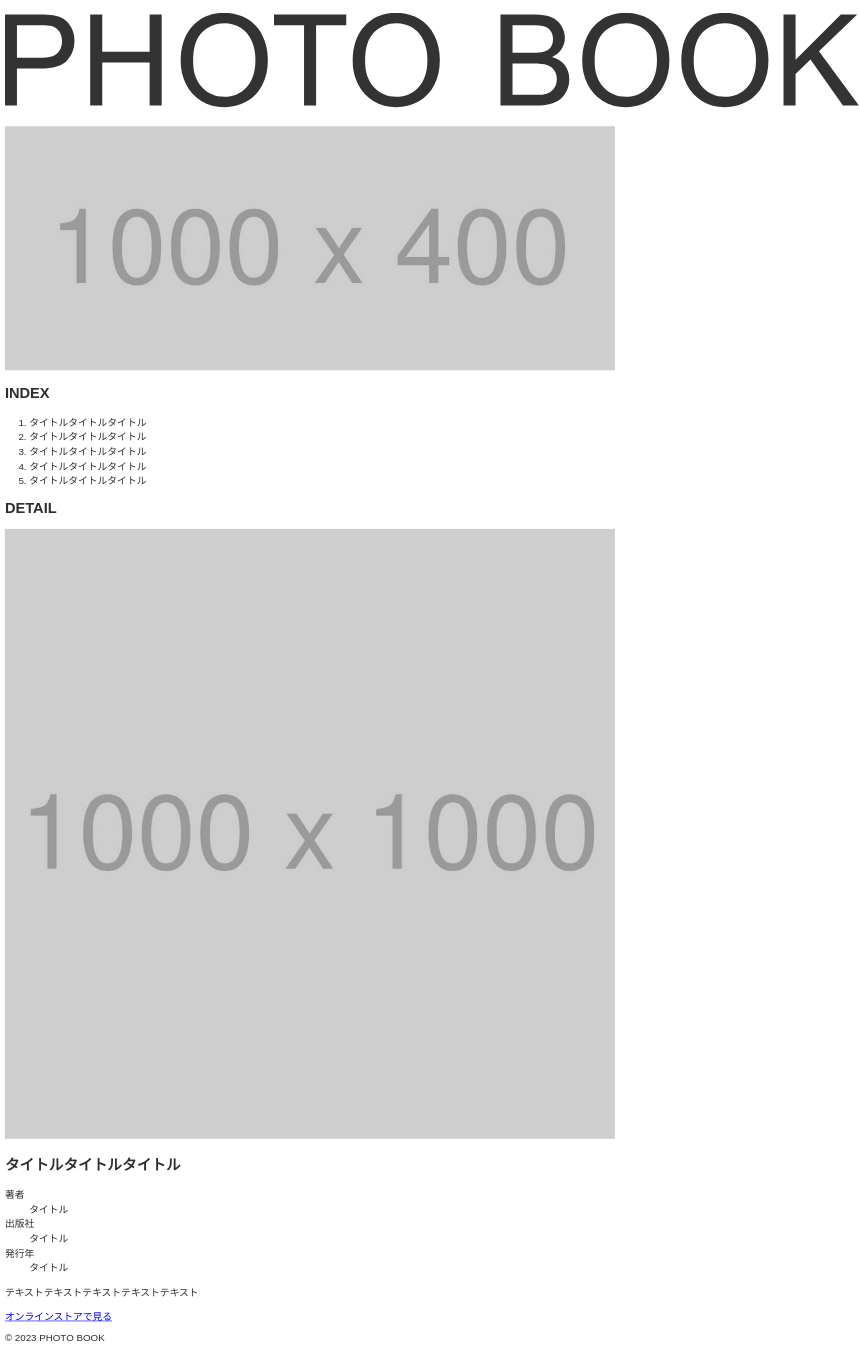
Repository: Fuki-san/photo-book-1
Page: http://localhost/photo
An editor plug-in stored every save of this project. The page is shown before and after the next save, followed by the edit.
The browser window is 1280 px wide. The page is 1408 px wide, then 1280 px, so the pictures cover 1408 px, including what lies to the right of the window. The pictures show the whole page, at 61% of full size.
The page is served by the project's Laravel application, run on PHP 8.4 with Laravel 10. Other server files are loaded and not shown.

Above is the page before, as saved 2023-11-26 15:45:51.

### routes/web.php
<?php

use Illuminate\Support\Facades\Route;

/*
|--------------------------------------------------------------------------
| Web Routes
|--------------------------------------------------------------------------
|
| Here is where you can register web routes for your application. These
| routes are loaded by the RouteServiceProvider and all of them will
| be assigned to the "web" middleware group. Make something great!
|
*/

Route::get('/', function () {
    return view('welcome');
});

Route::get('photo', function () {
    return view('photo');
});

### resources/views/photo.blade.php
@extends('layouts.main')

@section('title', 'photo')

@section('content')
    <header id="header" class="wrapper">
        <h1 class="site-title"><a href="#"><img src="img/logo.svg"></a></h1>
    </header>

    <main class="wrapper">
        <div id="mainvisual">
            <img src="img/mainvisual.jpg">
        </div>
        <section id="index">
            <h2 class="sec-title">INDEX</h2>
            <ol>
                <li>タイトルタイトルタイトル</li>
                <li>タイトルタイトルタイトル</li>
                <li>タイトルタイトルタイトル</li>
                <li>タイトルタイトルタイトル</li>
                <li>タイトルタイトルタイトル</li>
            </ol>
        </section>
        <section id="detail">
            <h2 class="sec-title">DETAIL</h2>
            <div class="detail-img">
                <img src="img/detail.jpg">
            </div>
            <div class="detail-text">
                <h2 class="sec-title">タイトルタイトルタイトル</h2>
                <dl>
                    <dt>著者</dt><dd>タイトル</dd>
                    <dt>出版社</dt><dd>タイトル</dd>
                    <dt>発行年</dt><dd>タイトル</dd>
                </dl>
                <p>テキストテキストテキストテキストテキスト</p>
                <a href="#">オンラインストアで見る</a>
            </div>
        </section>
    </main>

    <footer id="footer" class="wrapper">
        <p class="copyright">&copy; 2023 PHOTO BOOK</p>
    </footer>
@endsection

### resources/views/layouts/main.blade.php
<!DOCTYPE html>
<html lang="ja">
<head>
    <meta charset="UTF-8">
    <meta name="viewport" content="width=device-width, initial-scale=1.0">
    <meta http-equiv="X-UA-Compatible" content="ie=edge">
    <link rel="stylesheet" href="{{ asset('css/reset.css') }}">
    <link rel="stylesheet" href="{{ asset('css/style.css') }}">
    <link rel="icon" href="img/favicon.ico">
    <title>@yield('title')</title>
</head>
<body>
    @yield('content')
</body>
</html>

### public/css/style.css
html{
    font-size: 100%;
}
body{
    color: #2d2d2d;
    font-family: Arial, Helvetica, sans-serif;
}





#header .site-title{
    width: 160px;

}

### public/img/logo.svg
<?xml version="1.0" encoding="utf-8"?>
<!-- Generator: Adobe Illustrator 15.1.0, SVG Export Plug-In . SVG Version: 6.00 Build 0)  -->
<!DOCTYPE svg PUBLIC "-//W3C//DTD SVG 1.1//EN" "http://www.w3.org/Graphics/SVG/1.1/DTD/svg11.dtd">
<svg version="1.1" id="レイヤー_1" xmlns="http://www.w3.org/2000/svg" xmlns:xlink="http://www.w3.org/1999/xlink" x="0px"
	 y="0px" width="1400px" height="156px" viewBox="0 0 1400 156" enable-background="new 0 0 1400 156" xml:space="preserve">
<g>
	<path fill="#333333" d="M0,152.092V2.65h56.373c9.92,0,17.498,0.477,22.731,1.428c7.34,1.223,13.49,3.552,18.451,6.982
		c4.96,3.433,8.953,8.241,11.978,14.425c3.022,6.185,4.536,12.98,4.536,20.387c0,12.709-4.043,23.463-12.129,32.264
		c-8.09,8.802-22.699,13.202-43.834,13.202h-38.33v60.754H0z M19.775,73.702h38.636c12.775,0,21.847-2.379,27.217-7.136
		c5.369-4.757,8.053-11.451,8.053-20.082c0-6.252-1.581-11.604-4.741-16.056c-3.16-4.45-7.324-7.391-12.487-8.817
		c-3.33-0.883-9.481-1.325-18.452-1.325H19.775V73.702z"/>
	<path fill="#333333" d="M139.859,152.092V2.65h19.776v61.367h77.677V2.65h19.775v149.441h-19.775V81.652h-77.677v70.439H139.859z"
		/>
	<path fill="#333333" d="M288.174,79.309c0-24.805,6.66-44.224,19.98-58.258C321.473,7.019,338.667,0,359.735,0
		c13.795,0,26.232,3.298,37.309,9.889c11.076,6.593,19.521,15.784,25.332,27.574c5.811,11.791,8.716,25.163,8.716,40.112
		c0,15.155-3.059,28.713-9.175,40.674c-6.116,11.961-14.781,21.016-25.993,27.166c-11.214,6.15-23.311,9.226-36.291,9.226
		c-14.067,0-26.641-3.398-37.717-10.194c-11.079-6.794-19.471-16.071-25.179-27.829C291.029,104.86,288.174,92.425,288.174,79.309z
		 M308.562,79.614c0,18.01,4.843,32.197,14.527,42.559c9.684,10.364,21.831,15.546,36.442,15.546
		c14.884,0,27.131-5.231,36.75-15.699c9.615-10.464,14.423-25.313,14.423-44.546c0-12.165-2.057-22.784-6.167-31.856
		c-4.112-9.071-10.126-16.106-18.043-21.101c-7.917-4.995-16.804-7.493-26.656-7.493c-14,0-26.046,4.81-36.137,14.425
		C313.608,41.065,308.562,57.121,308.562,79.614z"/>
	<path fill="#333333" d="M490.425,152.092V20.286h-49.237V2.65h118.451v17.636h-49.439v131.806H490.425z"/>
	<path fill="#333333" d="M570.14,79.309c0-24.805,6.658-44.224,19.979-58.258C603.438,7.019,620.632,0,641.7,0
		c13.794,0,26.23,3.298,37.309,9.889c11.076,6.593,19.522,15.784,25.331,27.574c5.813,11.791,8.717,25.163,8.717,40.112
		c0,15.155-3.059,28.713-9.176,40.674c-6.114,11.961-14.779,21.016-25.992,27.166s-23.311,9.226-36.291,9.226
		c-14.068,0-26.641-3.398-37.717-10.194c-11.078-6.794-19.47-16.071-25.179-27.829C572.994,104.86,570.14,92.425,570.14,79.309z
		 M590.526,79.614c0,18.01,4.843,32.197,14.527,42.559c9.685,10.364,21.83,15.546,36.442,15.546
		c14.883,0,27.132-5.231,36.748-15.699c9.615-10.464,14.424-25.313,14.424-44.546c0-12.165-2.057-22.784-6.166-31.856
		c-4.113-9.071-10.127-16.106-18.043-21.101c-7.918-4.995-16.804-7.493-26.658-7.493c-14,0-26.044,4.81-36.136,14.425
		C595.572,41.065,590.526,57.121,590.526,79.614z"/>
	<path fill="#333333" d="M812.43,152.092V2.65h56.066c11.416,0,20.573,1.514,27.472,4.537c6.896,3.024,12.3,7.68,16.209,13.966
		c3.907,6.286,5.861,12.861,5.861,19.724c0,6.39-1.732,12.404-5.198,18.044c-3.467,5.641-8.7,10.193-15.7,13.659
		c9.039,2.65,15.987,7.172,20.848,13.558c4.857,6.389,7.289,13.933,7.289,22.631c0,7-1.479,13.506-4.435,19.521
		c-2.957,6.016-6.612,10.652-10.958,13.915c-4.352,3.261-9.806,5.726-16.363,7.391c-6.558,1.666-14.593,2.497-24.106,2.497H812.43z
		 M832.206,65.444h32.313c8.768,0,15.053-0.576,18.859-1.733c5.027-1.493,8.818-3.975,11.366-7.439
		c2.548-3.468,3.822-7.815,3.822-13.049c0-4.961-1.188-9.328-3.567-13.099c-2.38-3.773-5.776-6.354-10.192-7.748
		c-4.419-1.393-11.997-2.09-22.733-2.09h-29.868V65.444z M832.206,134.457h37.208c6.386,0,10.872-0.237,13.455-0.715
		c4.552-0.814,8.358-2.173,11.417-4.077c3.058-1.901,5.571-4.672,7.544-8.308c1.971-3.634,2.956-7.832,2.956-12.589
		c0-5.571-1.428-10.414-4.281-14.526c-2.854-4.111-6.814-6.999-11.876-8.665c-5.063-1.664-12.354-2.497-21.865-2.497h-34.558
		V134.457z"/>
	<path fill="#333333" d="M946.479,79.309c0-24.805,6.659-44.224,19.979-58.258C979.776,7.019,996.972,0,1018.039,0
		c13.794,0,26.23,3.298,37.309,9.889c11.077,6.593,19.521,15.784,25.331,27.574c5.812,11.791,8.717,25.163,8.717,40.112
		c0,15.155-3.058,28.713-9.175,40.674s-14.781,21.016-25.994,27.166s-23.311,9.226-36.29,9.226
		c-14.068,0-26.641-3.398-37.717-10.194c-11.078-6.794-19.47-16.071-25.18-27.829C949.332,104.86,946.479,92.425,946.479,79.309z
		 M966.865,79.614c0,18.01,4.842,32.197,14.526,42.559c9.685,10.364,21.83,15.546,36.442,15.546
		c14.884,0,27.133-5.231,36.749-15.699c9.615-10.464,14.424-25.313,14.424-44.546c0-12.165-2.057-22.784-6.166-31.856
		c-4.113-9.071-10.127-16.106-18.044-21.101c-7.917-4.995-16.803-7.493-26.657-7.493c-14.001,0-26.044,4.81-36.136,14.425
		C971.91,41.065,966.865,57.121,966.865,79.614z"/>
	<path fill="#333333" d="M1108.865,79.309c0-24.805,6.66-44.224,19.979-58.258C1142.163,7.019,1159.357,0,1180.426,0
		c13.794,0,26.23,3.298,37.31,9.889c11.076,6.593,19.521,15.784,25.332,27.574c5.811,11.791,8.715,25.163,8.715,40.112
		c0,15.155-3.059,28.713-9.175,40.674c-6.115,11.961-14.779,21.016-25.993,27.166s-23.312,9.226-36.29,9.226
		c-14.068,0-26.642-3.398-37.719-10.194c-11.078-6.794-19.469-16.071-25.177-27.829
		C1111.719,104.86,1108.865,92.425,1108.865,79.309z M1129.254,79.614c0,18.01,4.842,32.197,14.525,42.559
		c9.684,10.364,21.831,15.546,36.442,15.546c14.882,0,27.131-5.231,36.749-15.699c9.615-10.464,14.424-25.313,14.424-44.546
		c0-12.165-2.057-22.784-6.167-31.856c-4.113-9.071-10.127-16.106-18.043-21.101c-7.917-4.995-16.804-7.493-26.658-7.493
		c-13.999,0-26.044,4.81-36.135,14.425C1134.298,41.065,1129.254,57.121,1129.254,79.614z"/>
	<path fill="#333333" d="M1276.45,152.092V2.65h19.776V76.76l74.211-74.109h26.81l-62.691,60.552l65.444,88.89h-26.096
		l-53.213-75.638l-24.465,23.854v51.784H1276.45z"/>
</g>
</svg>

After the next save:
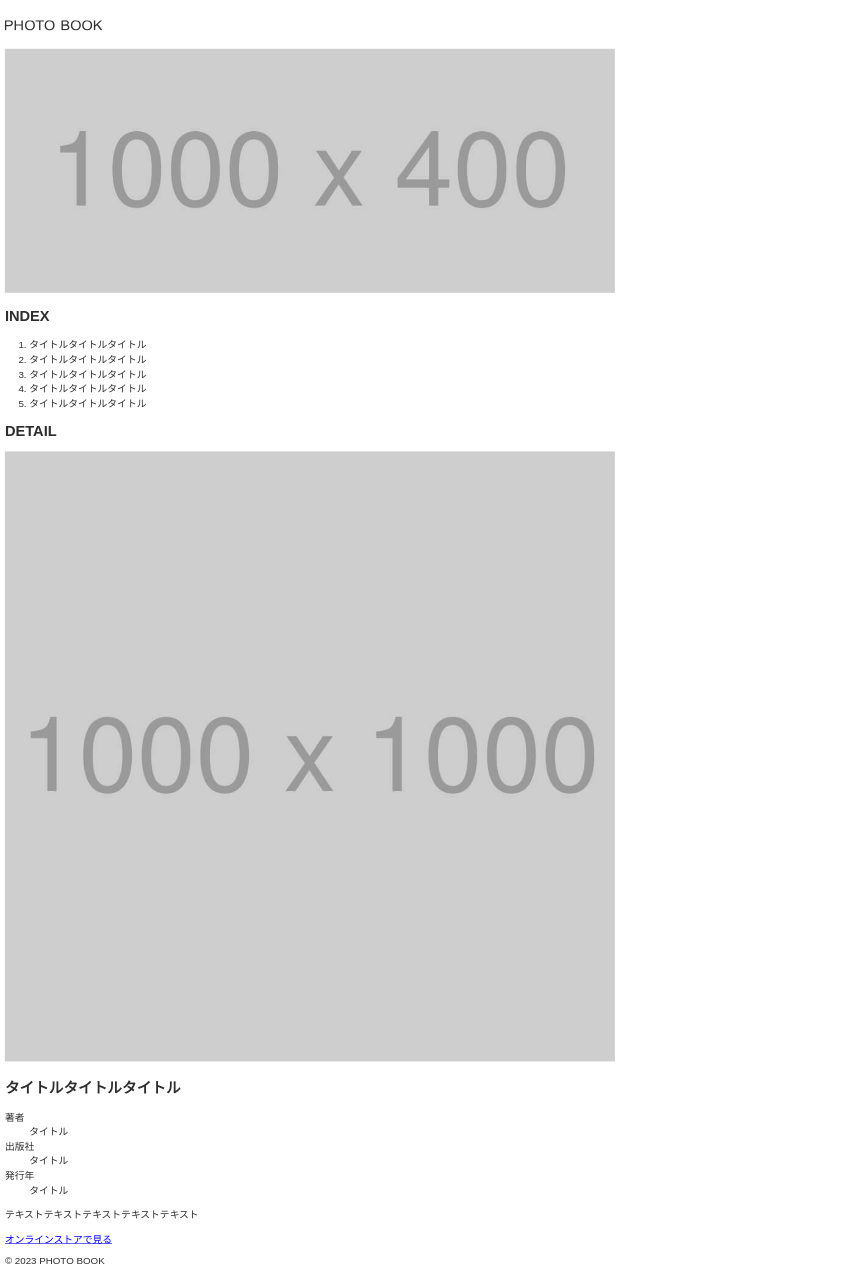
Saved 18 s later.
--- a/public/css/style.css
+++ b/public/css/style.css
@@ -5,7 +5,9 @@ body{
     color: #2d2d2d;
     font-family: Arial, Helvetica, sans-serif;
 }
-
+img{
+    max-width: 100%;
+}
 
 
 
